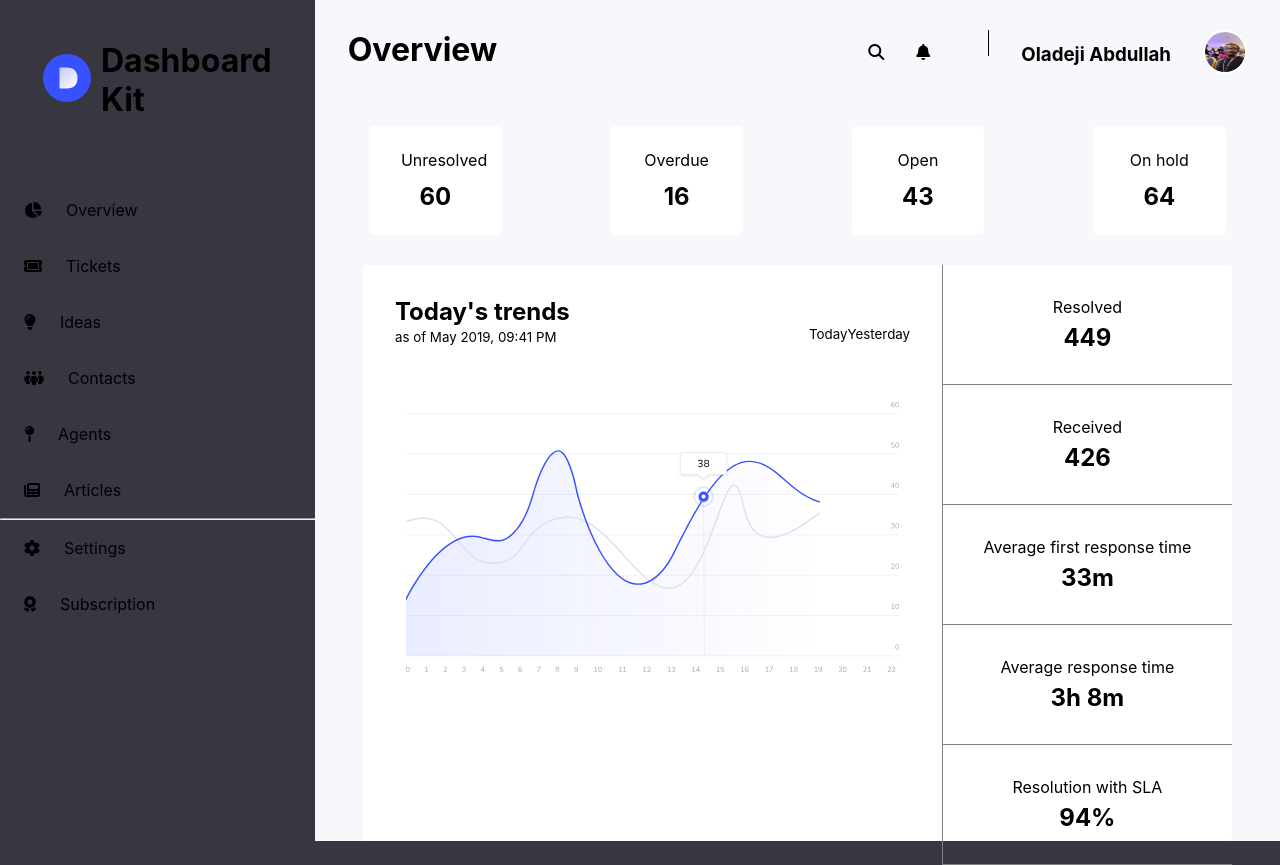
Repository: BuduCE/dashboard
Page: /
The author's editor kept a copy of each file at every save. The page is drawn from the files as they stood at one save, then again after the next save.
The browser window is 1280 px wide. The pictures show the whole page.
Some web libraries are served in a nearby version. The project was rebuilt for these pictures with package versions that can differ from the ones it lists, and the page was loaded fresh each time.

Above is the page before, as saved 2022-08-03 23:40:39.

### public/index.html
<!DOCTYPE html>
<html lang="en">
  <head>
    <meta charset="utf-8" />
    <link rel="icon" href="%PUBLIC_URL%/favicon.ico" />
    <meta name="viewport" content="width=device-width, initial-scale=1" />
    <meta name="theme-color" content="#000000" />
    <meta
      name="description"
      content="Web site created using create-react-app"
    />
    <link rel="apple-touch-icon" href="%PUBLIC_URL%/logo192.png" />
    <!--
      manifest.json provides metadata used when your web app is installed on a
      user's mobile device or desktop. See https://developers.google.com/web/fundamentals/web-app-manifest/
    -->
    <link rel="manifest" href="%PUBLIC_URL%/manifest.json" />
    <!--
      Notice the use of %PUBLIC_URL% in the tags above.
      It will be replaced with the URL of the `public` folder during the build.
      Only files inside the `public` folder can be referenced from the HTML.

      Unlike "/favicon.ico" or "favicon.ico", "%PUBLIC_URL%/favicon.ico" will
      work correctly both with client-side routing and a non-root public URL.
      Learn how to configure a non-root public URL by running `npm run build`.
    -->

    <!-- Font-Awesome  -->
    <link
      rel="stylesheet" href="https://cdnjs.cloudflare.com/ajax/libs/font-awesome/6.1.1/css/all.min.css" integrity="sha512-KfkfwYDsLkIlwQp6LFnl8zNdLGxu9YAA1QvwINks4PhcElQSvqcyVLLD9aMhXd13uQjoXtEKNosOWaZqXgel0g==" crossorigin="anonymous" referrerpolicy="no-referrer"
    />
    <title>Admin Dashboard</title>
  </head>
  <body>
    <noscript>You need to enable JavaScript to run this app.</noscript>
    <div id="root"></div>
    <!--
      This HTML file is a template.
      If you open it directly in the browser, you will see an empty page.

      You can add webfonts, meta tags, or analytics to this file.
      The build step will place the bundled scripts into the <body> tag.

      To begin the development, run `npm start` or `yarn start`.
      To create a production bundle, use `npm run build` or `yarn build`.
    -->
  </body>
</html>

### src/index.css
* {
  margin: 0;
  padding: 0;
  box-sizing: border-box;
}
body {
  margin: 0;
  font-family: -apple-system, BlinkMacSystemFont, 'Segoe UI', 'Roboto', 'Oxygen',
    'Ubuntu', 'Cantarell', 'Fira Sans', 'Droid Sans', 'Helvetica Neue',
    sans-serif;
  -webkit-font-smoothing: antialiased;
  -moz-osx-font-smoothing: grayscale;
  background: rgba(54, 55, 64, 1);
}

code {
  font-family: source-code-pro, Menlo, Monaco, Consolas, 'Courier New',
    monospace;
}

### src/App.js
import './App.css';
// import Overview from './pages/Overview';
// import Header from './components/common/Header';
import Sidenav from './components/common/SideNav';
// import Login from './pages/Login';

function App() {
  return (
    <div className="App">
      <Sidenav />
    </div>
  );
}

export default App;

### src/components/common/SideNav/index.jsx
import React from 'react'
import Overview from '../../../pages/Overview'
import Header from '../Header'
import Logo from '../Logo'
import './styles.css'

const Sidenav = () => {
  return (
    <div className='dashboard'>
        <div className="navbar">
            <div className="logo">
                <Logo />
                <h1>Dashboard Kit</h1>
            </div>
            <div className="heading">
                <i className='fas fa-chart-pie'></i>
                <p>Overview</p>
            </div>
            <div className="heading">
                <i className='fas fa-ticket'></i>
                <p>Tickets</p>
            </div>
            <div className="heading">
                <i className='fas fa-lightbulb'></i>
                <p>Ideas</p>
            </div>
            <div className="heading">
                <i className='fas fa-people-group'></i>
                <p>Contacts</p>
            </div>
            <div className="heading">
                <i className='fas fa-map-pin'></i>
                <p>Agents</p>
            </div>
            <div className="heading">
                <i className='fas fa-newspaper'></i>
                <p>Articles</p>
            </div>
            <hr />
            <div className="heading">
                <i className='fas fa-gear'></i>
                <p>Settings</p>
            </div>
            <div className="heading">
                <i className='fas fa-award'></i>
                <p>Subscription</p>
            </div>

        </div>
        <div className="info">
            <Header />
            <Overview />
        </div>
    </div>
  )
}

export default Sidenav

### src/pages/Overview/index.jsx
import React from 'react'
import './styles.css'
import TrendMap from './graph.svg'

const Overview = () => {
  return (
    <div className='overview_pg'>
        {/* Specific status */}
        <div className="overview_stat">
            <div className="overview_info">
                <p>Unresolved</p>
                <h2>60</h2>
            </div>
            <div className="overview_info">
                <p>Overdue</p>
                <h2>16</h2>
            </div>
            <div className="overview_info">
                <p>Open</p>
                <h2>43</h2>
            </div>
            <div className="overview_info">
                <p>On hold</p>
                <h2>64</h2>
            </div>
        </div>

        {/* Today's trend */}
        <div className="trends">
            <div className="trends_head">
                <div className="trends_headT">
                    <div className="trend_title">
                        <h2>Today's trends</h2>
                    </div>
                    <div className="trend_title_stat">
                        <div className="trend_date">
                            <small>as of May 2019, 09:41 PM</small>
                        </div>
                        <div className="trend_day">
                            <small>Today</small>
                            <small>Yesterday</small>
                        </div>
                    </div>
                </div>

                <div className="trends_headB">
                    <img src={TrendMap} alt="Trend Chart" />
                </div>
            </div>

            <div className="trends_summary">
                <div className="summary_type">
                    <p>Resolved</p>
                    <h2>449</h2>
                </div>
                <div className="summary_type">
                    <p>Received</p>
                    <h2>426</h2>
                </div>
                <div className="summary_type">
                    <p>Average first response time</p>
                    <h2>33m</h2>
                </div>
                <div className="summary_type">
                    <p>Average response time</p>
                    <h2>3h 8m</h2>
                </div>
                <div className="summary_type">
                    <p>Resolution with SLA</p>
                    <h2>94%</h2>
                </div>
            </div>
        </div>
    </div>
  )
}

export default Overview

### src/components/common/Header/index.jsx
import React from 'react'
import './styles.css'
import budu from './budu.jpg'

const Header = () => {
  return (
    <div className='head_er'>
        <div className="headerL">
            <h1>Overview</h1>
        </div>
        <div className="headerR">
            <i className='fas fa-magnifying-glass icon'></i>
            <i className='fas fa-bell icon bell'></i>
            <h3>Oladeji Abdullah</h3>
            <img src={budu} alt="" />
        </div>
    </div>
  )
}

export default Header

### src/components/common/Logo/index.jsx
import React from 'react'
import companyLogo from './logo.svg'

const Logo = () => {
  return (
    <div>
        <img src={companyLogo} alt="" />
    </div>
  )
}

export default Logo

### src/components/common/SideNav/styles.css
.dashboard{
    display: grid;
    grid-template-columns: 1fr 4fr;
}
.navbar{
    padding: 41px 0;
}
.logo{
    display: flex;
    padding: 43px 43px;
    padding-bottom: 63px;
    padding-top: 0;
    align-items: center;
}
.logo h1{
    margin-left: 10px;
}
.heading{
    width: 100%;
    display: flex;
    padding: 18px 24px;
    align-items: center;
}
.heading p{
    margin-left: 24px;
}
.heading:hover{
    border-left: 1px solid #fff;
    color: #fff;
}
.info{
    background: #F7F8FC;
    /* height: 100vh; */
}

### src/pages/Overview/styles.css
.overview_pg{
    margin-top: 54px;
}
.overview_stat{
    display: grid;
    grid-template-columns: 1fr 1fr 1fr 1fr;
    /* justify-content: space-evenly; */
    width: 100%;
}
.overview_info{
    display: flex;
    flex-direction: column;
    text-align: center;
    /* border: 1px solid; */
    border-radius: 5px;
    padding: 24px 32px;
    background: #fff;
    box-shadow: 15px;
    width: 55%;
    margin: auto;
}
.overview_info p{
    padding-bottom: 12px;
}

/* trend  */
.trends{
    width: 90%;
    background: #fff;
    margin: auto;
    border-radius: 5px;
    height: 80vh;
    margin-top: 30px;
    display: grid;
    grid-template-columns: 2fr 1fr;
    margin-top: 30px;
}
.trends_head{
    padding: 32px;
}
.trend_title_stat{
    display: flex;
    justify-content: space-between;
}
.trend_day{
    display: flex;
    justify-content: space-evenly;
}
.trends_headB img{
    width: 100%;
    margin-top: 54px;
    height: 38vh;
}

/* summary  */
.trends_summary{
    display: grid;
    grid-template-rows: 1fr 1fr 1fr 1fr 1fr;
}
.summary_type{
    padding: 32px;
    border-left: 1px solid grey;
    border-bottom: 1px solid grey;
    text-align: center;
}
.summary_type p{
    margin-bottom: 6px;
}

### src/components/common/Header/styles.css
.head_er{
    display: flex;
    justify-content: space-between;
    width: 100%;
    height: 10vh;
    padding: 30px 33px;
}
.headerR{
    display: flex;
    justify-content: space-between;
    /* align-items: center; */
}
.icon{
    width: 16px;
    height: 16px;
    padding: 14px 24px;
}
.bell{
    padding-right: 72px;
}
.headerR h3{
    padding: 13px 32px;
    border-left: 1px solid #000;
}
.headerR img{
    width: 44px;
    height: 44px;
    border-radius: 50%;
    border: 2px solid #fff;
}

Loaded but not shown: src/index.js (common file); src/reportWebVitals.js (common file); src/App.css (common file)

After the next save:
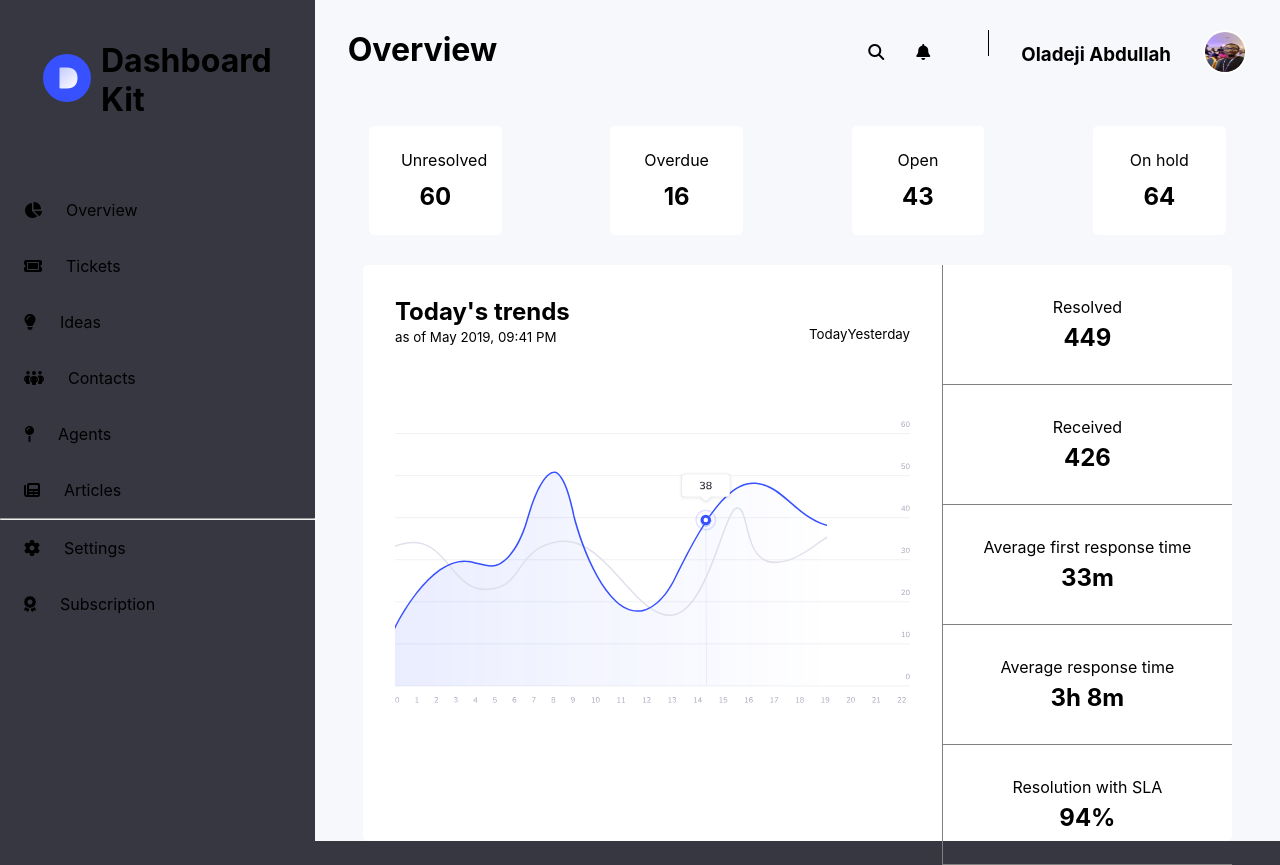
Saved 13 s later.
--- a/src/pages/Overview/styles.css
+++ b/src/pages/Overview/styles.css
@@ -49,7 +49,7 @@
 .trends_headB img{
     width: 100%;
     margin-top: 54px;
-    height: 38vh;
+    height: 45vh;
 }
 
 /* summary  */
